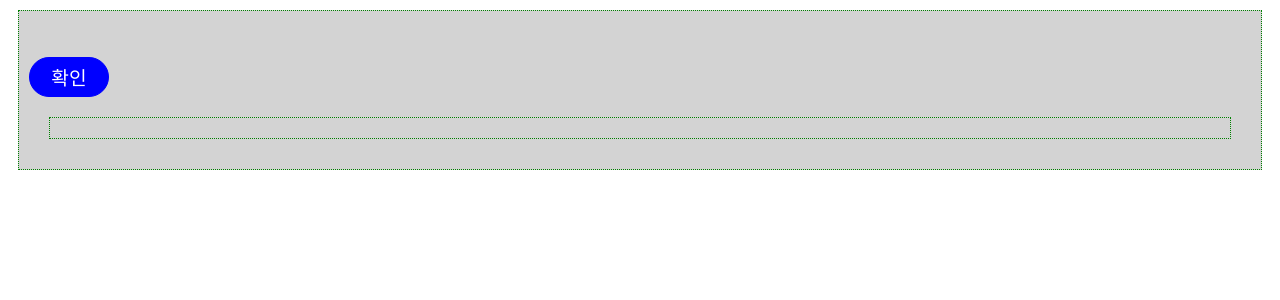
Repository: JJaeHwan/HTML
Page: jquerypro/WebContent/0116/bind메소드.html
These files come from the project's save history. The page is drawn as it stood at one moment and after the next save; the edit follows.
The browser window is 1280 px wide. The pictures show the whole page.

Above is the page before, as saved 2023-01-16 06:17:41.

After the next save:
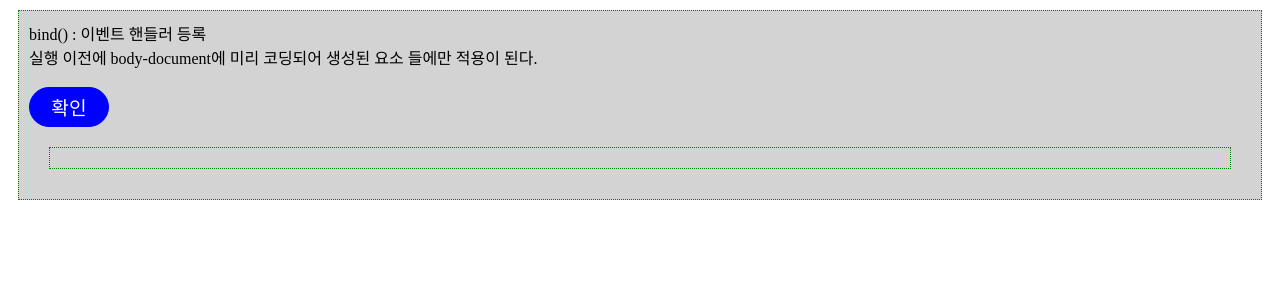
Saved 5 min 8 s later.
--- a/jquerypro/WebContent/0116/bind메소드.html
+++ b/jquerypro/WebContent/0116/bind메소드.html
@@ -5,12 +5,30 @@
 <title>Insert title here</title>
 <link rel="stylesheet" href="../css/public.css">
 <script src="../js/jquery-3.6.3.min.js" type="text/javascript"></script>
+
+<script type="text/javascript">
+$(function() {
+	$('#btn1').on('click', function() {
+		$('<img>',{
+				'src' : '../images/고윤정.jfif',
+				'alt' : '고윤정.jfif'
+
+		})
+
+	})
+
+})
+
+</script>
+
 </head>
 <body>
 
 
 <div class="box">
-	<br><br>
+	bind() : 이벤트 핸들러 등록<br>
+	실행 이전에 body-document에 미리 코딩되어 생성된 요소 들에만 적용이 된다.<br>
+	<br>
 	<input type="button" value="확인" id="btn1">
 	<br>
 
